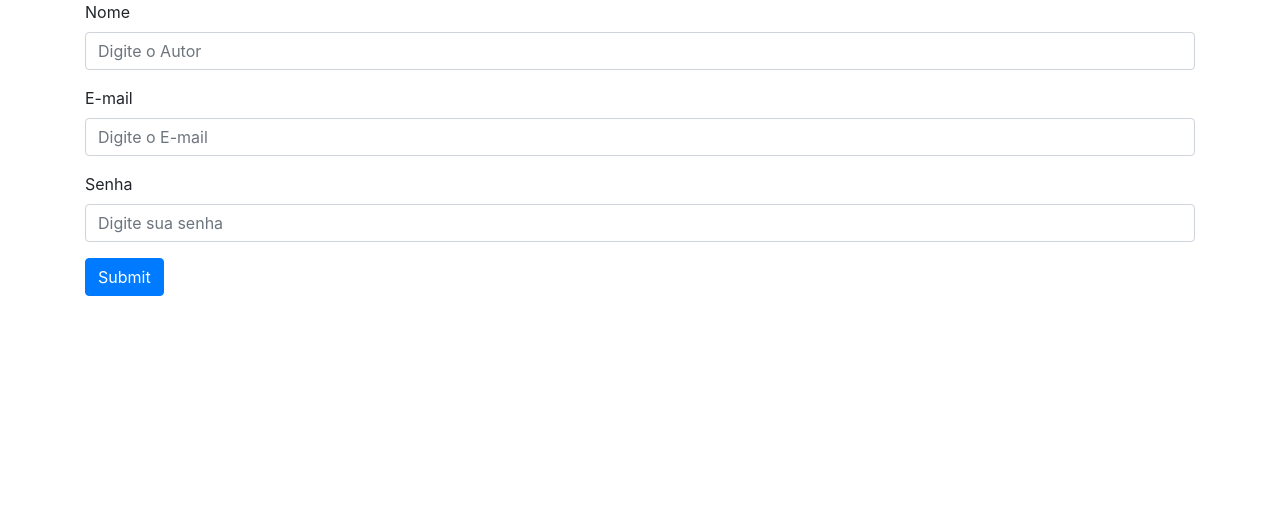
Repository: wellersonfc/simple-crud-react
Page: /
The author's editor kept a copy of each file at every save. The page is drawn from the files as they stood at one save, then again after the next save.
The browser window is 1280 px wide. The pictures show the whole page.
The project was rebuilt for these pictures with package versions that can differ from the ones it lists, and the page was loaded fresh each time.

Above is the page before, as saved 2019-09-22 15:30:11.

After the next save:
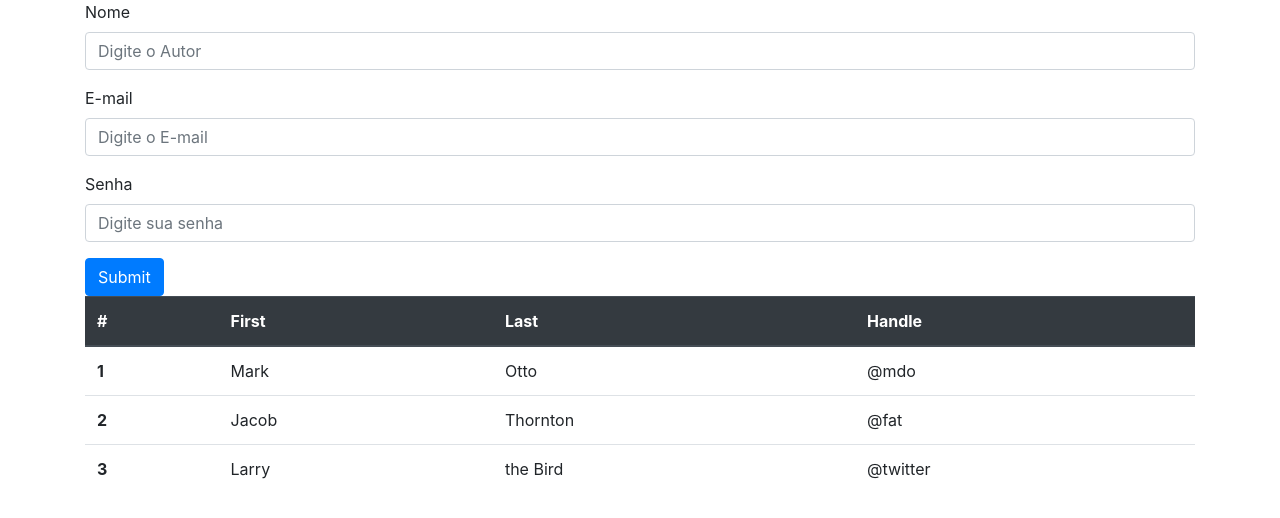
Saved 4 s later.
--- a/src/App.js
+++ b/src/App.js
@@ -23,7 +23,38 @@ function App() {
         </form>
         </div>
 
-        <div className="lista-autor"></div>
+        <div className="lista-autor">
+        <table class="table">
+  <thead class="thead-dark">
+    <tr>
+      <th scope="col">#</th>
+      <th scope="col">First</th>
+      <th scope="col">Last</th>
+      <th scope="col">Handle</th>
+    </tr>
+  </thead>
+  <tbody>
+    <tr>
+      <th scope="row">1</th>
+      <td>Mark</td>
+      <td>Otto</td>
+      <td>@mdo</td>
+    </tr>
+    <tr>
+      <th scope="row">2</th>
+      <td>Jacob</td>
+      <td>Thornton</td>
+      <td>@fat</td>
+    </tr>
+    <tr>
+      <th scope="row">3</th>
+      <td>Larry</td>
+      <td>the Bird</td>
+      <td>@twitter</td>
+    </tr>
+  </tbody>
+</table>
+        </div>
       </div>
     </div>
   );
